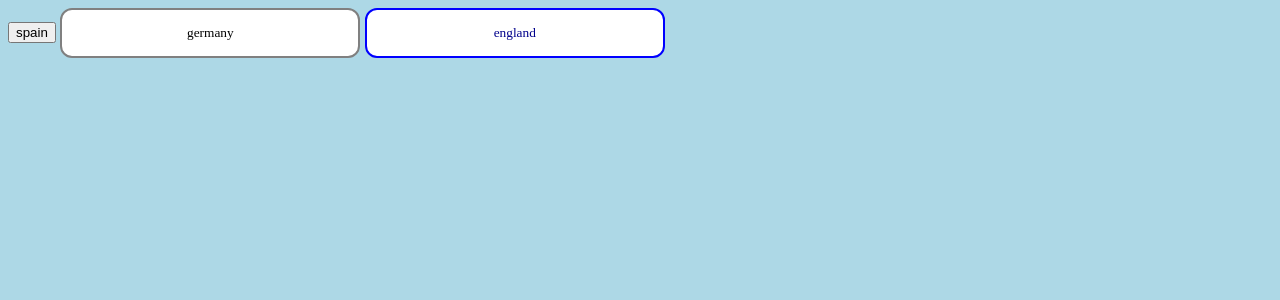
Repository: georgefyles/playground
Page: playground/src/resources/html/radio.html
The author's editor kept a record of every edit. The page is drawn from the files as they stood at one moment, then again after the next edit.
The browser window is 1280 px wide. The pictures show the whole page.

Above is the page before.

### playground/src/resources/html/radio.html
<!DOCTYPE html>
<html>

  <head>
	<title>Page Title</title>
	<link rel="stylesheet" href="../css/radio.css" type="text/css" />
  </head>

  <body>

<button class="button1">spain</button>

<button class="buttonB">germany</button>

<button class="buttonC">england</button>

  </body>
</html>

### playground/src/resources/css/radio.css
body {
    background-color: lightblue;
    font-family: Arial, Helvetica, sans-serif;
}


.buttonA {
  background-color: white;
  color: darkred;
  border: 2px solid red;
  border-radius: 12px;
  font-family: fantasy;
  padding-left: 32px;
  padding-right: 32px;
  padding-top: 15px;
  padding-bottom: 15px;
  width: 300px;

}

.buttonB {
  background-color: white;
  color: black;
  border: 2px solid grey;
  border-radius: 12px;
  font-family: fantasy;
  padding-left: 32px;
  padding-right: 32px;
  padding-top: 15px;
  padding-bottom: 15px;
  width: 300px;

}

.buttonC {
    background-color: white;
    border: 2px solid blue;
    border-radius: 12px;
    font-family: fantasy;
    color: darkblue;
    padding-left: 32px;
    padding-right: 32px;
    padding-top: 15px;
    padding-bottom: 15px;
    width: 300px;
}

After the next edit:
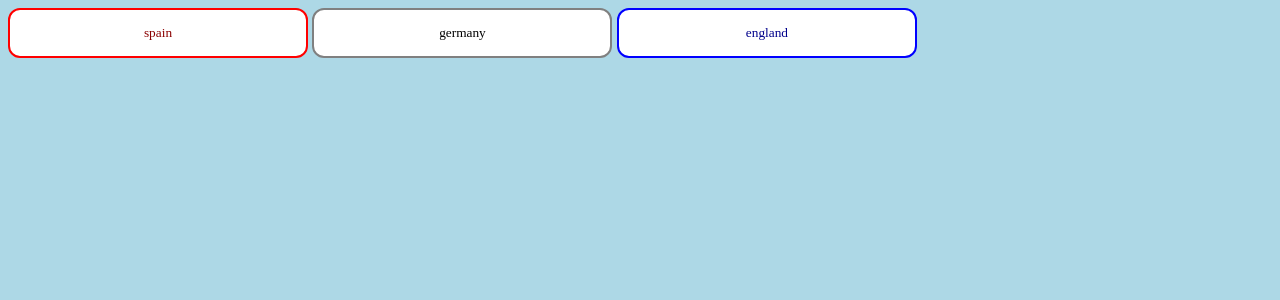
Console error (its wording comes from the project's code and is left out).
The edit:
--- a/playground/src/resources/html/radio.html
+++ b/playground/src/resources/html/radio.html
@@ -8,7 +8,7 @@
 
   <body>
 
-<button class="button1">spain</button>
+<button class="buttonA" onclick ="(not even close)">spain</button>
 
 <button class="buttonB">germany</button>
 
